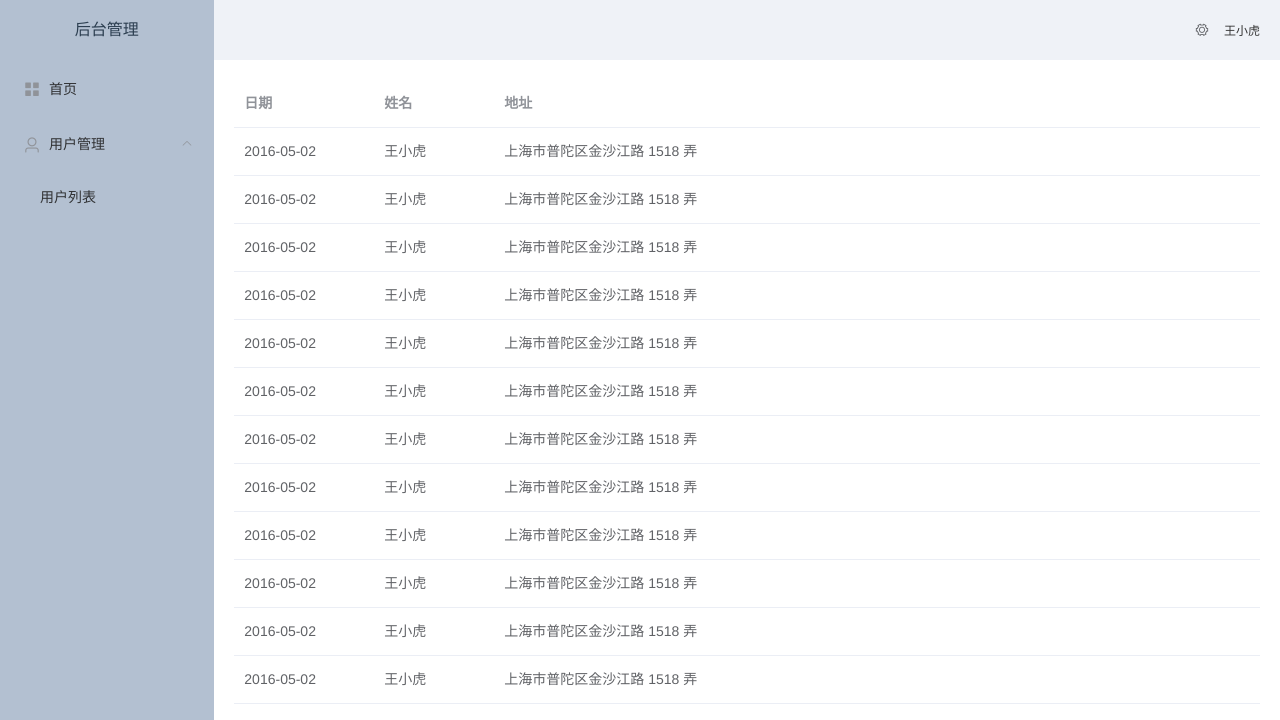
Repository: cmw520520/admin_vue
Page: /#/user/userlist
The author's editor kept a copy of each file at every save. The page is drawn from the files as they stood at one save, then again after the next save.
The browser window is 1280 px wide. The pictures show the whole page.
An inner scrolling area shows only its first screen. The project was rebuilt for these pictures with package versions that can differ from the ones it lists, and the page was loaded fresh each time. Also part of the build but not shown: src/page/home/Home.vue, example/Echart.vue.

Above is the page before, as saved 2019-07-01 15:12:40.

### index.html
<!DOCTYPE html>
<html>
  <head>
    <meta charset="utf-8">
    <meta name="viewport" content="width=device-width,initial-scale=1.0">
    <title>cmw</title>
  </head>
  <body>
    <div id="app"></div>
    <!-- built files will be auto injected -->
  </body>
</html>

### src/App.vue
<template>
  <div id="app">
    <!-- <img src="./assets/logo.png"> -->
    <router-view/>
  </div>
</template>

<script>
export default {
  name: 'App'
}
</script>

<style>
#app {
  font-family: 'Avenir', Helvetica, Arial, sans-serif;
  -webkit-font-smoothing: antialiased;
  -moz-osx-font-smoothing: grayscale;
  text-align: center;
  color: #2c3e50;
  width: 100%;
  height: 100%;
  /* margin-top: 60px; */
}

body, html {
  margin: 0;
  padding: 0;
  height: 100%;
  width: 100%;
}
</style>

### src/router/index.js
import Vue from 'vue'
import Router from 'vue-router'
// import HelloWorld from '@/components/HelloWorld'
import Manage from '@/page/Manage'
import Home from '@/page/home/Home'
import UserList from '@/page/user/UserList'
import Echart from '../../example/Echart'

Vue.use(Router)

export default new Router({
  routes: [
    {
      path: '/',
      name: '',
      component: Manage,
      children: [
        {
          path: '',
          component: Home,
          meta: []
        },
        {
          path: '/user/userlist',
          component: UserList,
          meta: []
        },
        {
          path: '/example/echart',
          component: Echart,
          meta: ['图表']
        }
      ]
    }
  ]
})

### src/page/Manage.vue
<template>
  <el-container style="height: 100%;">
    <el-col :span="4" style="background-color: #b3c0d1;overflow:hidden;">
      <el-col>
        <div class="logo">后台管理</div>
      </el-col>
      <el-col>
        <el-slider></el-slider>
      </el-col>
    </el-col>

    <el-col :span="20" style="border-left: 1px solid #b3c0d1;overflow: auto;overflow-scrolling: touch;">
      <el-header style="text-align: right; font-size: 12px">
        <el-dropdown>
          <i class="el-icon-setting" style="margin-right: 15px"></i>
          <el-dropdown-menu slot="dropdown">
            <el-dropdown-item>查看</el-dropdown-item>
            <el-dropdown-item>新增</el-dropdown-item>
            <el-dropdown-item>删除</el-dropdown-item>
          </el-dropdown-menu>
        </el-dropdown>
        <span>王小虎</span>
      </el-header>

      <el-main>
        <transition name="fade" mode="out-in">
            <router-view></router-view>
        </transition>
      </el-main>
    </el-col>
  </el-container>
</template>

<script>
import slider from '@/components/Slider'

export default {
  name: 'manage',
  components: {
    'el-slider': slider
  }
}
</script>

<style scope>
.el-header {
  background-color: #EFF2F7;
  color: #333;
  line-height: 60px;
}

.el-aside {
  color: #333;
}

.fade-enter-active, .fade-leave-active {
    transition: opacity 0.5s, transform 0.5s;
}

.fade-enter, .fade-leave-to {
    opacity: 0;
}

/* 导航logo S */
.logo {
    height: 60px;
    line-height: 60px;
}
/* 导航logo E */
</style>

### src/page/user/UserList.vue
<template>
    <el-table :data="tableData">
        <el-table-column prop="date" label="日期" width="140"></el-table-column>
        <el-table-column prop="name" label="姓名" width="120"></el-table-column>
        <el-table-column prop="address" label="地址"></el-table-column>
    </el-table>
</template>

<script>
export default {
  name: 'userlist',
  data () {
    const item = {
      date: '2016-05-02',
      name: '王小虎',
      address: '上海市普陀区金沙江路 1518 弄'
    }
    return {
      tableData: Array(20).fill(item)
    }
  }
}
</script>

<style scope>

</style>

### src/components/Slider.vue
<template>
  <el-menu :default-openeds="['1', '3']" background-color="#b3c0d1" style="border:none;text-align:left;" router>
    <label v-for="(item, index) in navMenu" :key="index">
      <el-menu-item v-if="item.isHeader" :index="item.component">
        <i :class=item.icon></i>
        <span slot="title">{{ item.name }}</span>
      </el-menu-item>

      <el-submenu v-else :index="String(index)">
        <template slot="title">
          <i :class=item.icon></i>{{ item.name }}
        </template>
        <el-menu-item v-for="(item2, index2) in item.children" :key="index2" :index="item2.component">{{ item2.name }}</el-menu-item>
      </el-submenu>
    </label>
  </el-menu>
</template>

<script>
export default {
  name: 'slider',
  data () {
    return {
      navMenu: [
        {
          isHeader: true,
          name: '首页',
          icon: 'el-icon-menu',
          component: '/'
        },
        {
          name: '用户管理',
          icon: 'el-icon-user',
          children: [
            {
              name: '用户列表',
              component: '/user/userlist'
            }
          ]
        }
      ]
    }
  }
}
</script>

<style>
</style>

Loaded but not shown: src/main.js (common file)

After the next save:
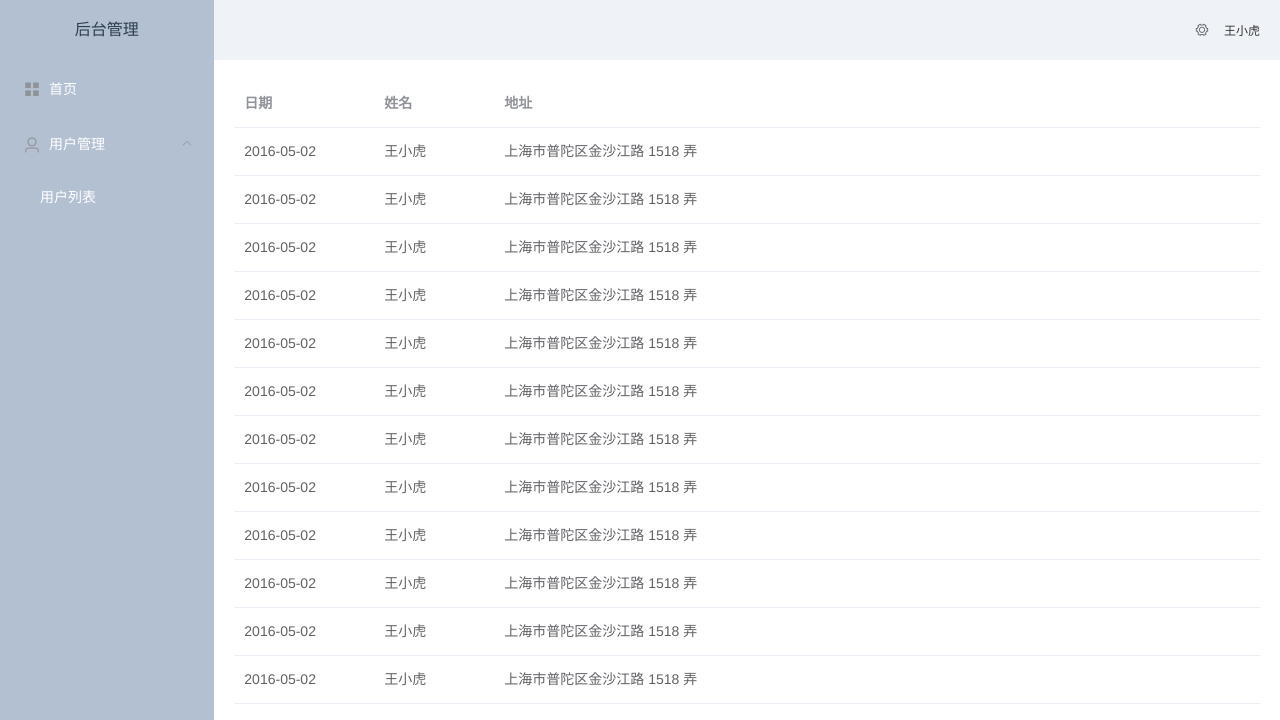
Saved 48 s later.
--- a/src/components/Slider.vue
+++ b/src/components/Slider.vue
@@ -1,5 +1,5 @@
 <template>
-  <el-menu :default-openeds="['1', '3']" background-color="#b3c0d1" style="border:none;text-align:left;" router>
+  <el-menu :default-openeds="['1', '3']" background-color="#b3c0d1" text-color="#fff" style="border:none;text-align:left;" router>
     <label v-for="(item, index) in navMenu" :key="index">
       <el-menu-item v-if="item.isHeader" :index="item.component">
         <i :class=item.icon></i>
